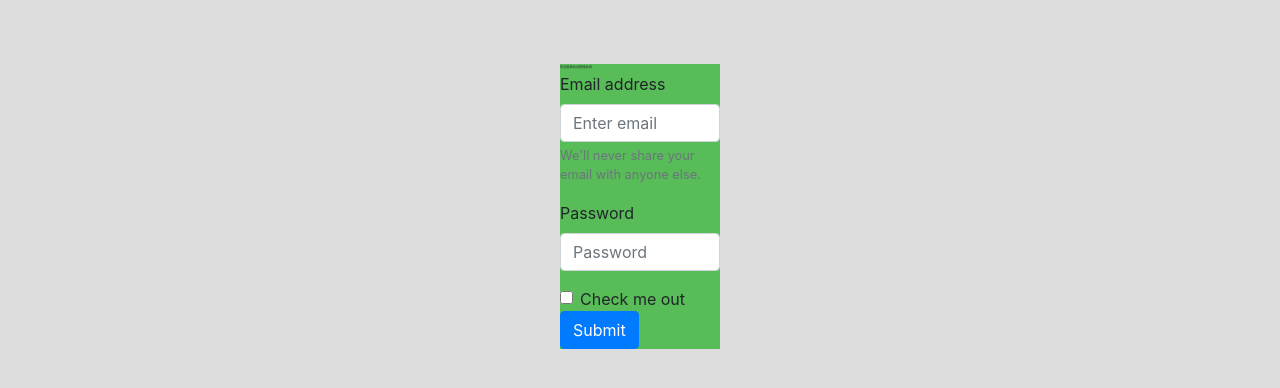
Repository: Rayfang0719/Vue-admin
Page: /
The author's editor kept a copy of each file at every save. The page is drawn from the files as they stood at one save, then again after the next save.
The browser window is 1280 px wide. The pictures show the whole page.
The project was rebuilt for these pictures with package versions that can differ from the ones it lists, and the page was loaded fresh each time. Also part of the build but not shown: vue.config.js.

Above is the page before, as saved 2019-05-11 08:59:03.

### public/index.html
<!DOCTYPE html>
<html lang="en">
  <head>
    <meta charset="utf-8">
    <meta http-equiv="X-UA-Compatible" content="IE=edge">
    <meta name="viewport" content="width=device-width,initial-scale=1.0">
    <link rel="icon" href="<%= BASE_URL %>favicon.ico">
    <title>secco-admin</title>
    <style>
    html,body{
      width:100%;
      height:100%;
    }

    </style>
  </head>
  <body>

    <div id="app"></div>
    <!-- built files will be auto injected -->
  </body>
</html>

### src/main.js
import Vue from 'vue'
import App from './App.vue'
import router from './router/router'
import store from './store'

// import axios from "axios";
// Vue.prototype.$axios = axios;

// import bootstrap lib to the project,没有路径就会直接去找node_modules
import "bootstrap";

import 'lib-flexible';
Vue.config.productionTip = false

new Vue({
  router,
  store,
  render: h => h(App)
}).$mount('#app')

### src/App.vue
<template>
  <div id="app">

    <router-view/>
  </div>
</template>
<script>
export default {

}
</script>

<style>
@import  '../node_modules/bootstrap/dist/css/bootstrap.css';

#app{
  height:100%;
  width:100%;
  background-color: #ddd;
  overflow:hidden;
}
</style>

### src/router/router.js
import Vue from 'vue'
import Router from 'vue-router'
import Login from '../pages/login.vue'


Vue.use(Router)

export default new Router({
  mode: 'history',
  base: process.env.BASE_URL,
  routes: [
    {
      path: '/',
      name: 'Login',
      component: Login
    },
    {
      path: '/admin',
      name: 'admin',
      meta: {
        requireAuth: true
      },
      // route level code-splitting
      // this generates a separate chunk (about.[hash].js) for this route
      // which is lazy-loaded when the route is visited.
      component: () => import(/* webpackChunkName: "about" */ '../pages/admin/admin.vue'),
      children: [
        {
          path: 'basic',
          name: 'basic',
          title: '基本表格',
          component: () => import('../pages/admin/basic')
        }
      ]
    }
  ]
})

### src/store/index.js
import Vue from 'vue'
import Vuex from 'vuex'
import createPersistedState from 'vuex-persistedstate'

Vue.use(Vuex)

/* eslint-disable no-new */
const store = new Vuex.Store({
  plugins: [createPersistedState()],
  modules: {
  }
})

export default store

### src/pages/login.vue
<template>
<div class="login">
    <h3>欢迎登录后台管理系统</h3>
    <form>
  <div class="form-group">
    <label for="exampleInputEmail1">Email address</label>
    <input type="email" class="form-control" id="exampleInputEmail1" aria-describedby="emailHelp" placeholder="Enter email">
    <small id="emailHelp" class="form-text text-muted">We'll never share your email with anyone else.</small>
  </div>
  <div class="form-group">
    <label for="exampleInputPassword1">Password</label>
    <input type="password" class="form-control" id="exampleInputPassword1" placeholder="Password">
  </div>
  <div class="form-check">
    <input type="checkbox" class="form-check-input" id="exampleCheck1">
    <label class="form-check-label" for="exampleCheck1">Check me out</label>
  </div>
  <button type="submit" class="btn btn-primary">Submit</button>
</form>
</div>
</template>
<script>
export default {

}
</script>
<style lang="scss" scoped>
.login{
    margin: 4rem auto;
    overflow:hidden;
    width: 10rem;
    /* height:5rem; */
    background-color:#58bc58;
    padding-top:.013333rem;
    h3{
        margin: .133333rem auto;
        font-size: .2rem;
    }
}
</style>

After the next save:
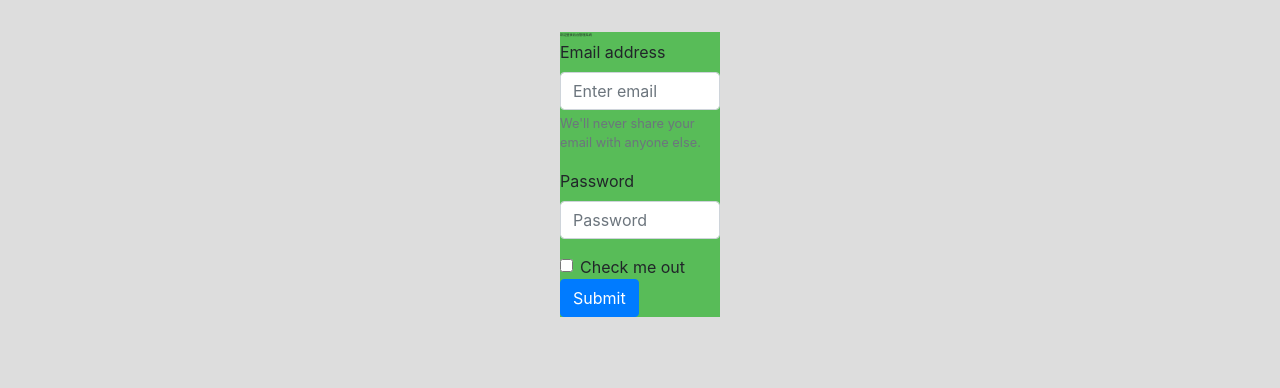
Saved 5 min 30 s later.
--- a/src/pages/login.vue
+++ b/src/pages/login.vue
@@ -26,7 +26,7 @@ export default {
 </script>
 <style lang="scss" scoped>
 .login{
-    margin: 4rem auto;
+    margin: 2rem auto;
     overflow:hidden;
     width: 10rem;
     /* height:5rem; */
